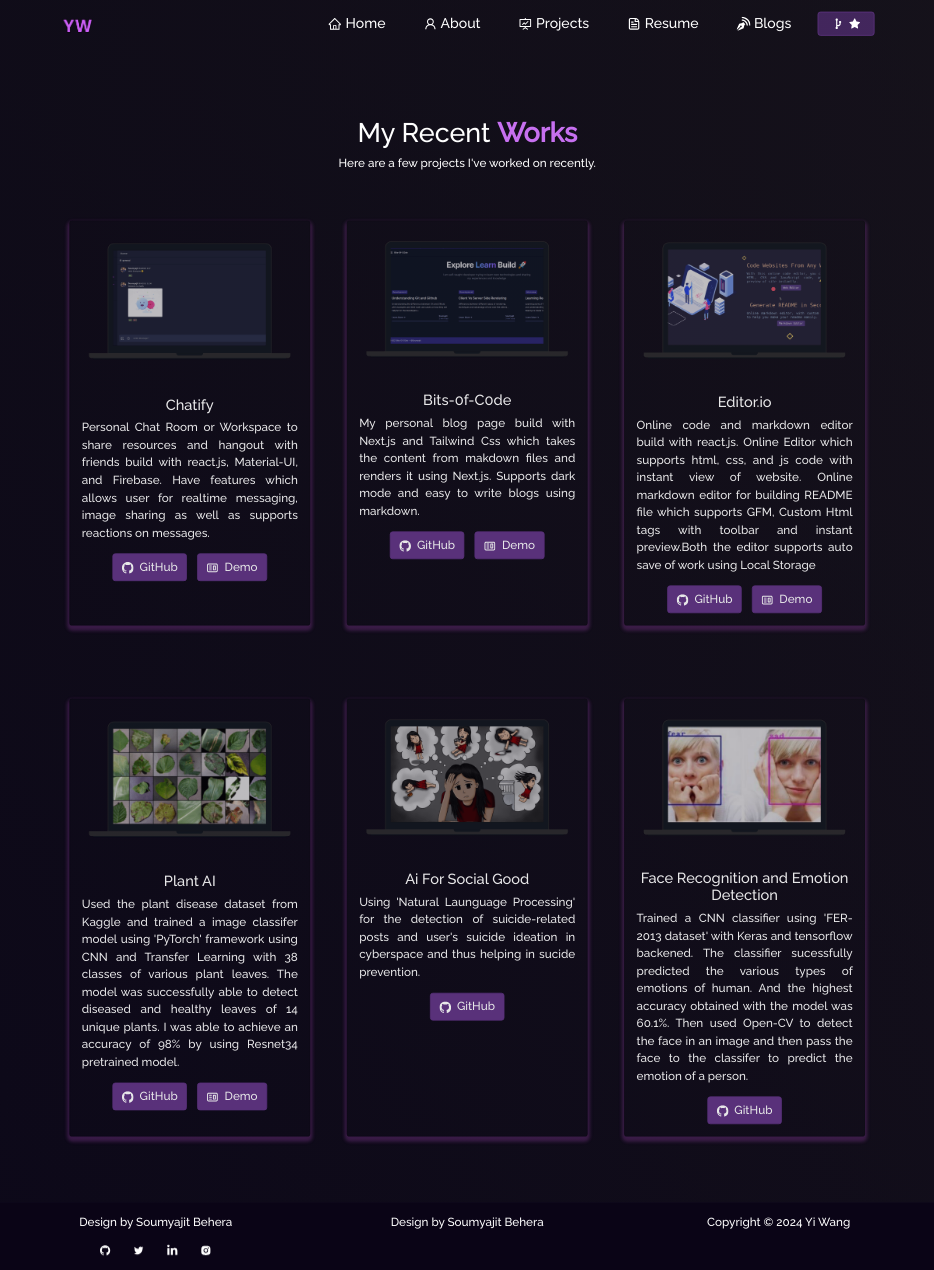
Repository: YiWang24/Portfolio
Page: /project
An editor plug-in stored every save of this project. The page is shown before and after the next save, followed by the edit.
The browser window is 1280 px wide. The pictures show the whole page, at 73% of full size.
The project was rebuilt for these pictures with package versions that can differ from the ones it lists, and the page was loaded fresh each time. Also part of the build but not shown: src/components/Home/Home2.js, src/components/Home/Type.js, src/components/Home/Home.js, src/components/About/Github.js, src/components/About/Techstack.js, src/components/About/AboutCard.js, src/components/About/Toolstack.js, src/components/About/About.js and 1 more. Imported but missing from the stored project, and not drawn on this page: src/Assets/Soumyajit_Behera-BIT_MESRA.pdf.

Above is the page before, as saved 2024-08-21 02:29:30.

### src/components/Navbar.js
import React, { useState } from "react";
import Navbar from "react-bootstrap/Navbar";
import Nav from "react-bootstrap/Nav";
import Container from "react-bootstrap/Container";
import logo from "../Assets/logo.png";
import Button from "react-bootstrap/Button";
import { Link } from "react-router-dom";
import { CgGitFork } from "react-icons/cg";
import { ImBlog } from "react-icons/im";
import {
  AiFillStar,
  AiOutlineHome,
  AiOutlineFundProjectionScreen,
  AiOutlineUser,
} from "react-icons/ai";

import { CgFileDocument } from "react-icons/cg";

function NavBar() {
  const [expand, updateExpanded] = useState(false);
  const [navColour, updateNavbar] = useState(false);

  function scrollHandler() {
    if (window.scrollY >= 20) {
      updateNavbar(true);
    } else {
      updateNavbar(false);
    }
  }

  window.addEventListener("scroll", scrollHandler);

  return (
    <Navbar
      expanded={expand}
      fixed="top"
      expand="md"
      className={navColour ? "sticky" : "navbar"}
    >
      <Container>
        <Navbar.Brand href="/" className="d-flex">
          <img src={logo} className="img-fluid logo" alt="brand" />
        </Navbar.Brand>
        <Navbar.Toggle
          aria-controls="responsive-navbar-nav"
          onClick={() => {
            updateExpanded(expand ? false : "expanded");
          }}
        >
          <span></span>
          <span></span>
          <span></span>
        </Navbar.Toggle>
        <Navbar.Collapse id="responsive-navbar-nav">
          <Nav className="ms-auto" defaultActiveKey="#home">
            <Nav.Item>
              <Nav.Link as={Link} to="/" onClick={() => updateExpanded(false)}>
                <AiOutlineHome style={{ marginBottom: "2px" }} /> Home
              </Nav.Link>
            </Nav.Item>

            <Nav.Item>
              <Nav.Link
                as={Link}
                to="/about"
                onClick={() => updateExpanded(false)}
              >
                <AiOutlineUser style={{ marginBottom: "2px" }} /> About
              </Nav.Link>
            </Nav.Item>

            <Nav.Item>
              <Nav.Link
                as={Link}
                to="/project"
                onClick={() => updateExpanded(false)}
              >
                <AiOutlineFundProjectionScreen
                  style={{ marginBottom: "2px" }}
                />{" "}
                Projects
              </Nav.Link>
            </Nav.Item>

            <Nav.Item>
              <Nav.Link
                as={Link}
                to="/resume"
                onClick={() => updateExpanded(false)}
              >
                <CgFileDocument style={{ marginBottom: "2px" }} /> Resume
              </Nav.Link>
            </Nav.Item>

            <Nav.Item>
              <Nav.Link
                href="https://soumyajitblogs.vercel.app/"
                target="_blank"
                rel="noreferrer"
              >
                <ImBlog style={{ marginBottom: "2px" }} /> Blogs
              </Nav.Link>
            </Nav.Item>

            <Nav.Item className="fork-btn">
              <Button
                href="https://github.com/soumyajit4419/Portfolio"
                target="_blank"
                className="fork-btn-inner"
              >
                <CgGitFork style={{ fontSize: "1.2em" }} />{" "}
                <AiFillStar style={{ fontSize: "1.1em" }} />
              </Button>
            </Nav.Item>
          </Nav>
        </Navbar.Collapse>
      </Container>
    </Navbar>
  );
}

export default NavBar;

### src/components/Projects/Projects.js
import React from "react";
import { Container, Row, Col } from "react-bootstrap";
import ProjectCard from "./ProjectCards";
import Particle from "../Particle";
import leaf from "../../Assets/Projects/leaf.png";
import emotion from "../../Assets/Projects/emotion.png";
import editor from "../../Assets/Projects/codeEditor.png";
import chatify from "../../Assets/Projects/chatify.png";
import suicide from "../../Assets/Projects/suicide.png";
import bitsOfCode from "../../Assets/Projects/blog.png";

function Projects() {
  return (
    <Container fluid className="project-section">
      <Particle />
      <Container>
        <h1 className="project-heading">
          My Recent <strong className="purple">Works </strong>
        </h1>
        <p style={{ color: "white" }}>
          Here are a few projects I've worked on recently.
        </p>
        <Row style={{ justifyContent: "center", paddingBottom: "10px" }}>
          <Col md={4} className="project-card">
            <ProjectCard
              imgPath={chatify}
              isBlog={false}
              title="Chatify"
              description="Personal Chat Room or Workspace to share resources and hangout with friends build with react.js, Material-UI, and Firebase. Have features which allows user for realtime messaging, image sharing as well as supports reactions on messages."
              ghLink="https://github.com/soumyajit4419/Chatify"
              demoLink="https://chatify-49.web.app/"
            />
          </Col>

          <Col md={4} className="project-card">
            <ProjectCard
              imgPath={bitsOfCode}
              isBlog={false}
              title="Bits-0f-C0de"
              description="My personal blog page build with Next.js and Tailwind Css which takes the content from makdown files and renders it using Next.js. Supports dark mode and easy to write blogs using markdown."
              ghLink="https://github.com/soumyajit4419/Bits-0f-C0de"
              demoLink="https://blogs.soumya-jit.tech/"
            />
          </Col>

          <Col md={4} className="project-card">
            <ProjectCard
              imgPath={editor}
              isBlog={false}
              title="Editor.io"
              description="Online code and markdown editor build with react.js. Online Editor which supports html, css, and js code with instant view of website. Online markdown editor for building README file which supports GFM, Custom Html tags with toolbar and instant preview.Both the editor supports auto save of work using Local Storage"
              ghLink="https://github.com/soumyajit4419/Editor.io"
              demoLink="https://editor.soumya-jit.tech/"
            />
          </Col>

          <Col md={4} className="project-card">
            <ProjectCard
              imgPath={leaf}
              isBlog={false}
              title="Plant AI"
              description="Used the plant disease dataset from Kaggle and trained a image classifer model using 'PyTorch' framework using CNN and Transfer Learning with 38 classes of various plant leaves. The model was successfully able to detect diseased and healthy leaves of 14 unique plants. I was able to achieve an accuracy of 98% by using Resnet34 pretrained model."
              ghLink="https://github.com/soumyajit4419/Plant_AI"
              demoLink="https://plant49-ai.herokuapp.com/"
            />
          </Col>

          <Col md={4} className="project-card">
            <ProjectCard
              imgPath={suicide}
              isBlog={false}
              title="Ai For Social Good"
              description="Using 'Natural Launguage Processing' for the detection of suicide-related posts and user's suicide ideation in cyberspace  and thus helping in sucide prevention."
              ghLink="https://github.com/soumyajit4419/AI_For_Social_Good"
              // demoLink="https://www.youtube.com/watch?v=dQw4w9WgXcQ&ab_channel=RickAstley" <--------Please include a demo link here
            />
          </Col>

          <Col md={4} className="project-card">
            <ProjectCard
              imgPath={emotion}
              isBlog={false}
              title="Face Recognition and Emotion Detection"
              description="Trained a CNN classifier using 'FER-2013 dataset' with Keras and tensorflow backened. The classifier sucessfully predicted the various types of emotions of human. And the highest accuracy obtained with the model was 60.1%.
              Then used Open-CV to detect the face in an image and then pass the face to the classifer to predict the emotion of a person."
              ghLink="https://github.com/soumyajit4419/Face_And_Emotion_Detection"
              // demoLink="https://blogs.soumya-jit.tech/"      <--------Please include a demo link here
            />
          </Col>
        </Row>
      </Container>
    </Container>
  );
}

export default Projects;

### src/components/Footer.js
import React from "react";
import { Container, Row, Col } from "react-bootstrap";
import {
  AiFillGithub,
  AiOutlineTwitter,
  AiFillInstagram,
} from "react-icons/ai";
import { FaLinkedinIn } from "react-icons/fa";

function Footer() {
  let date = new Date();
  let year = date.getFullYear();
  return (
    <Container fluid className="footer">
      <Row>
        <Col md="4" className="footer-copywright">
          <h3>Design by Soumyajit Behera</h3>
        </Col>
        <Col md="4" className="footer-copywright">
          <h3>Design by Soumyajit Behera</h3>
        </Col>
        <Col md="4" className="footer-copywright">
          <h3>Copyright © {year} Yi Wang</h3>
        </Col>
        <Col md="4" className="footer-body">
          <ul className="footer-icons">
            <li className="social-icons">
              <a
                href="https://github.com/soumyajit4419"
                style={{ color: "white" }}
                target="_blank"
                rel="noopener noreferrer"
              >
                <AiFillGithub />
              </a>
            </li>
            <li className="social-icons">
              <a
                href="https://twitter.com/Soumyajit4419"
                style={{ color: "white" }}
                target="_blank"
                rel="noopener noreferrer"
              >
                <AiOutlineTwitter />
              </a>
            </li>
            <li className="social-icons">
              <a
                href="https://www.linkedin.com/in/soumyajit4419/"
                style={{ color: "white" }}
                target="_blank"
                rel="noopener noreferrer"
              >
                <FaLinkedinIn />
              </a>
            </li>
            <li className="social-icons">
              <a
                href="https://www.instagram.com/soumyajit4419"
                style={{ color: "white" }}
                target="_blank"
                rel="noopener noreferrer"
              >
                <AiFillInstagram />
              </a>
            </li>
          </ul>
        </Col>
      </Row>
    </Container>
  );
}

export default Footer;

### src/components/Particle.js
import React from "react";
import Particles from "react-tsparticles";

function Particle() {
  return (
    <Particles
      id="tsparticles"
      params={{
        particles: {
          number: {
            value: 160,
            density: {
              enable: true,
              value_area: 1500,
            },
          },
          line_linked: {
            enable: false,
            opacity: 0.03,
          },
          move: {
            direction: "right",
            speed: 0.05,
          },
          size: {
            value: 1,
          },
          opacity: {
            anim: {
              enable: true,
              speed: 1,
              opacity_min: 0.05,
            },
          },
        },
        interactivity: {
          events: {
            onclick: {
              enable: true,
              mode: "push",
            },
          },
          modes: {
            push: {
              particles_nb: 1,
            },
          },
        },
        retina_detect: true,
      }}
    />
  );
}

export default Particle;

### src/components/Projects/ProjectCards.js
import React from "react";
import Card from "react-bootstrap/Card";
import Button from "react-bootstrap/Button";
import { CgWebsite } from "react-icons/cg";
import { BsGithub } from "react-icons/bs";

function ProjectCards(props) {
  return (
    <Card className="project-card-view">
      <Card.Img variant="top" src={props.imgPath} alt="card-img" />
      <Card.Body>
        <Card.Title>{props.title}</Card.Title>
        <Card.Text style={{ textAlign: "justify" }}>
          {props.description}
        </Card.Text>
        <Button variant="primary" href={props.ghLink} target="_blank">
          <BsGithub /> &nbsp;
          {props.isBlog ? "Blog" : "GitHub"}
        </Button>
        {"\n"}
        {"\n"}

        {/* If the component contains Demo link and if it's not a Blog then, it will render the below component  */}

        {!props.isBlog && props.demoLink && (
          <Button
            variant="primary"
            href={props.demoLink}
            target="_blank"
            style={{ marginLeft: "10px" }}
          >
            <CgWebsite /> &nbsp;
            {"Demo"}
          </Button>
        )}
      </Card.Body>
    </Card>
  );
}
export default ProjectCards;

Loaded but not shown: public/index.html (common file); src/index.js (common file); src/index.css (common file); src/App.js (common file); src/reportWebVitals.js (common file); src/components/Pre.js (common file); src/components/ScrollToTop.js (common file); src/style.css (common file); src/App.css (common file)

After the next save:
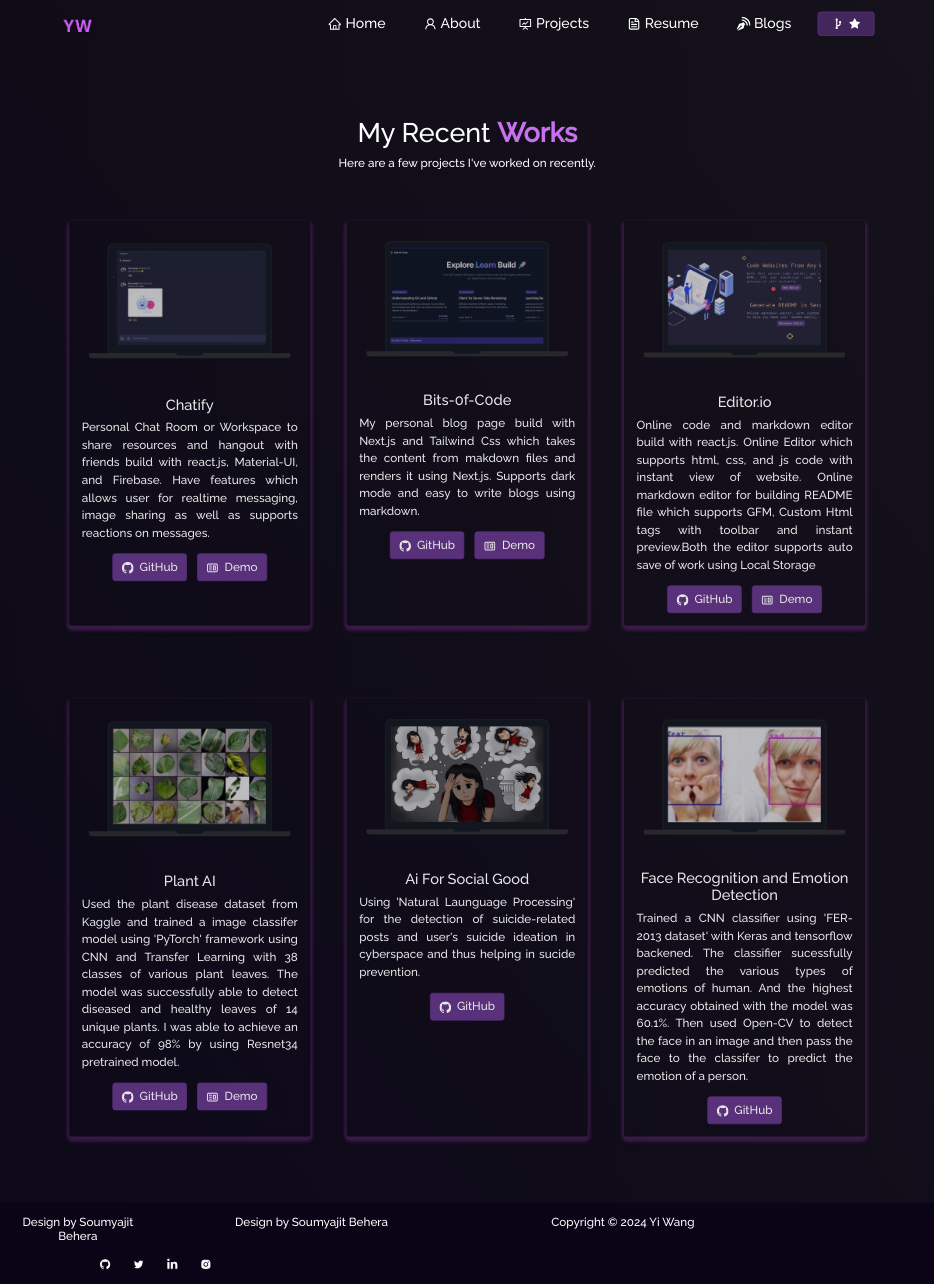
Saved 6 s later.
--- a/src/components/Footer.js
+++ b/src/components/Footer.js
@@ -13,7 +13,7 @@ function Footer() {
   return (
     <Container fluid className="footer">
       <Row>
-        <Col md="4" className="footer-copywright">
+        <Col md="2" className="footer-copywright">
           <h3>Design by Soumyajit Behera</h3>
         </Col>
         <Col md="4" className="footer-copywright">
